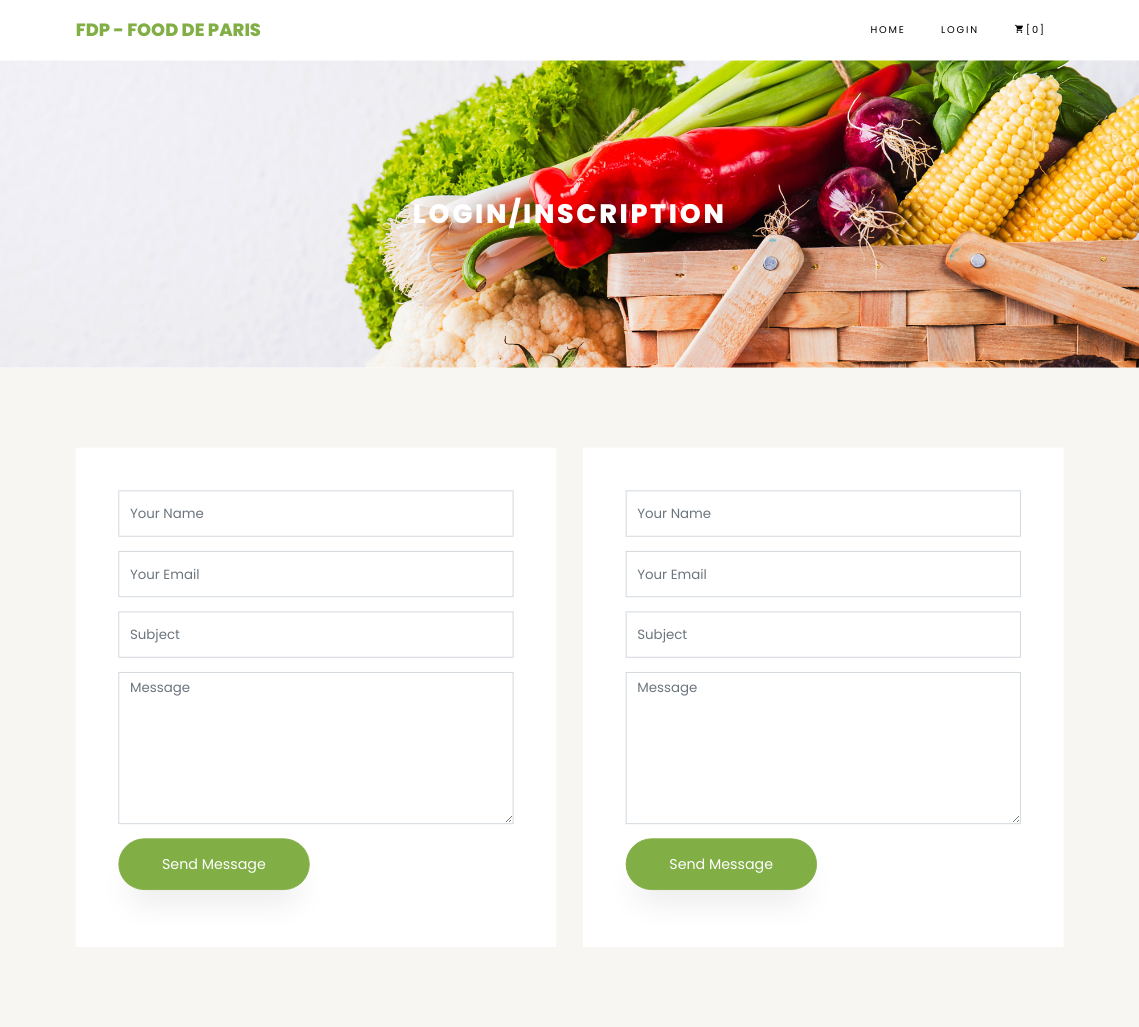
Repository: MacCampers/java-stuff
Page: workspaceJSP/projetRestaurant/WebContent/login.html
The author's editor kept a copy of each file at every save. The page is drawn from the files as they stood at one save, then again after the next save.
The browser window is 1280 px wide. The pictures show the whole page, at 89% of full size.
Some web fonts or font styles are not loaded; a fallback is used.

Above is the page before, as saved 2020-02-07 14:04:22.

### workspaceJSP/projetRestaurant/WebContent/login.html
<!DOCTYPE html>
<html lang="en">
<head>
<title>FDP - Food De Paris</title>
<meta charset="utf-8">
<meta name="viewport"
	content="width=device-width, initial-scale=1, shrink-to-fit=no">
<link
	href="https://fonts.googleapis.com/css?family=Poppins:200,300,400,500,600,700,800&display=swap"
	rel="stylesheet">
<link
	href="https://fonts.googleapis.com/css?family=Lora:400,400i,700,700i&display=swap"
	rel="stylesheet">
<link
	href="https://fonts.googleapis.com/css?family=Amatic+SC:400,700&display=swap"
	rel="stylesheet">
<link rel="stylesheet" href="css/open-iconic-bootstrap.min.css">
<link rel="stylesheet" href="css/animate.css">
<link rel="stylesheet" href="css/owl.carousel.min.css">
<link rel="stylesheet" href="css/owl.theme.default.min.css">
<link rel="stylesheet" href="css/magnific-popup.css">
<link rel="stylesheet" href="css/aos.css">
<link rel="stylesheet" href="css/ionicons.min.css">
<link rel="stylesheet" href="css/bootstrap-datepicker.css">
<link rel="stylesheet" href="css/jquery.timepicker.css">
<link rel="stylesheet" href="css/flaticon.css">
<link rel="stylesheet" href="css/icomoon.css">
<link rel="stylesheet" href="css/style.css">
</head>
<body class="goto-here">

	<nav
		class="navbar navbar-expand-lg navbar-dark ftco_navbar bg-dark ftco-navbar-light"
		id="ftco-navbar">
		<div class="container">
			<a class="navbar-brand" href="index.html">FDP - Food De Paris</a>
			<button class="navbar-toggler" type="button" data-toggle="collapse"
				data-target="#ftco-nav" aria-controls="ftco-nav"
				aria-expanded="false" aria-label="Toggle navigation">
				<span class="oi oi-menu"></span> Menu
			</button>

			<div class="collapse navbar-collapse" id="ftco-nav">
				<ul class="navbar-nav ml-auto">
					<li class="nav-item active"><a href="index.html"
						class="nav-link">Home</a></li>
					<li class="nav-item active"><a href="index.html"
						class="nav-link">Login</a></li>

					<li class="nav-item cta cta-colored"><a href="cart.html"
						class="nav-link"><span class="icon-shopping_cart"></span>[0]</a></li>

				</ul>
			</div>
		</div>
	</nav>
	<!-- END nav -->

	<div class="hero-wrap hero-bread"
		style="background-image: url('images/bg_1.jpg');">
		<div class="container">
			<div
				class="row no-gutters slider-text align-items-center justify-content-center">
				<div class="col-md-9 ftco-animate text-center">
					<h1 class="mb-0 bread">Login/Inscription</h1>
				</div>
			</div>
		</div>
	</div>

	<section class="ftco-section contact-section bg-light">
		<div class="container">


			<div class="row block-9">
				<div class="col-md-6 order-md-last d-flex">
					<form action="#" class="bg-white p-5 contact-form">
						<div class="form-group">
							<input type="text" class="form-control" placeholder="Your Name">
						</div>
						<div class="form-group">
							<input type="text" class="form-control" placeholder="Your Email">
						</div>
						<div class="form-group">
							<input type="text" class="form-control" placeholder="Subject">
						</div>
						<div class="form-group">
							<textarea name="" id="" cols="30" rows="7" class="form-control"
								placeholder="Message"></textarea>
						</div>
						<div class="form-group">
							<input type="submit" value="Send Message"
								class="btn btn-primary py-3 px-5">
						</div>
					</form>

				</div>

							<div class="col-md-6 order-md-last d-flex">
					<form action="#" class="bg-white p-5 contact-form">
						<div class="form-group">
							<input type="text" class="form-control" placeholder="Your Name">
						</div>
						<div class="form-group">
							<input type="text" class="form-control" placeholder="Your Email">
						</div>
						<div class="form-group">
							<input type="text" class="form-control" placeholder="Subject">
						</div>
						<div class="form-group">
							<textarea name="" id="" cols="30" rows="7" class="form-control"
								placeholder="Message"></textarea>
						</div>
						<div class="form-group">
							<input type="submit" value="Send Message"
								class="btn btn-primary py-3 px-5">
						</div>
					</form>

				</div>
			</div>
		</div>
	</section>


	<!-- loader -->
	<div id="ftco-loader" class="show fullscreen">
		<svg class="circular" width="48px" height="48px">
			<circle class="path-bg" cx="24" cy="24" r="22" fill="none"
				stroke-width="4" stroke="#eeeeee" />
			<circle class="path" cx="24" cy="24" r="22" fill="none"
				stroke-width="4" stroke-miterlimit="10" stroke="#F96D00" /></svg>
	</div>


	<script src="js/jquery.min.js"></script>
	<script src="js/jquery-migrate-3.0.1.min.js"></script>
	<script src="js/popper.min.js"></script>
	<script src="js/bootstrap.min.js"></script>
	<script src="js/jquery.easing.1.3.js"></script>
	<script src="js/jquery.waypoints.min.js"></script>
	<script src="js/jquery.stellar.min.js"></script>
	<script src="js/owl.carousel.min.js"></script>
	<script src="js/jquery.magnific-popup.min.js"></script>
	<script src="js/aos.js"></script>
	<script src="js/jquery.animateNumber.min.js"></script>
	<script src="js/bootstrap-datepicker.js"></script>
	<script src="js/scrollax.min.js"></script>
	<script src="js/main.js"></script>

</body>
</html>

### workspaceJSP/projetRestaurant/WebContent/js/main.js
 AOS.init({
 	duration: 800,
 	easing: 'slide'
 });

(function($) {

	"use strict";

	var isMobile = {
		Android: function() {
			return navigator.userAgent.match(/Android/i);
		},
			BlackBerry: function() {
			return navigator.userAgent.match(/BlackBerry/i);
		},
			iOS: function() {
			return navigator.userAgent.match(/iPhone|iPad|iPod/i);
		},
			Opera: function() {
			return navigator.userAgent.match(/Opera Mini/i);
		},
			Windows: function() {
			return navigator.userAgent.match(/IEMobile/i);
		},
			any: function() {
			return (isMobile.Android() || isMobile.BlackBerry() || isMobile.iOS() || isMobile.Opera() || isMobile.Windows());
		}
	};


	$(window).stellar({
    responsive: true,
    parallaxBackgrounds: true,
    parallaxElements: true,
    horizontalScrolling: false,
    hideDistantElements: false,
    scrollProperty: 'scroll'
  });


	var fullHeight = function() {

		$('.js-fullheight').css('height', $(window).height());
		$(window).resize(function(){
			$('.js-fullheight').css('height', $(window).height());
		});

	};
	fullHeight();

	// loader
	var loader = function() {
		setTimeout(function() {
			if($('#ftco-loader').length > 0) {
				$('#ftco-loader').removeClass('show');
			}
		}, 1);
	};
	loader();

	// Scrollax
   $.Scrollax();

	var carousel = function() {
		$('.home-slider').owlCarousel({
	    loop:true,
	    autoplay: true,
	    margin:0,
	    animateOut: 'fadeOut',
	    animateIn: 'fadeIn',
	    nav:false,
	    autoplayHoverPause: false,
	    items: 1,
	    navText : ["<span class='ion-md-arrow-back'></span>","<span class='ion-chevron-right'></span>"],
	    responsive:{
	      0:{
	        items:1
	      },
	      600:{
	        items:1
	      },
	      1000:{
	        items:1
	      }
	    }
		});

		$('.carousel-testimony').owlCarousel({
			center: true,
			loop: true,
			items:1,
			margin: 30,
			stagePadding: 0,
			nav: false,
			navText: ['<span class="ion-ios-arrow-back">', '<span class="ion-ios-arrow-forward">'],
			responsive:{
				0:{
					items: 1
				},
				600:{
					items: 3
				},
				1000:{
					items: 3
				}
			}
		});

	};
	carousel();

	$('nav .dropdown').hover(function(){
		var $this = $(this);
		// 	 timer;
		// clearTimeout(timer);
		$this.addClass('show');
		$this.find('> a').attr('aria-expanded', true);
		// $this.find('.dropdown-menu').addClass('animated-fast fadeInUp show');
		$this.find('.dropdown-menu').addClass('show');
	}, function(){
		var $this = $(this);
			// timer;
		// timer = setTimeout(function(){
			$this.removeClass('show');
			$this.find('> a').attr('aria-expanded', false);
			// $this.find('.dropdown-menu').removeClass('animated-fast fadeInUp show');
			$this.find('.dropdown-menu').removeClass('show');
		// }, 100);
	});


	$('#dropdown04').on('show.bs.dropdown', function () {
	  console.log('show');
	});

	// scroll
	var scrollWindow = function() {
		$(window).scroll(function(){
			var $w = $(this),
					st = $w.scrollTop(),
					navbar = $('.ftco_navbar'),
					sd = $('.js-scroll-wrap');

			if (st > 150) {
				if ( !navbar.hasClass('scrolled') ) {
					navbar.addClass('scrolled');
				}
			}
			if (st < 150) {
				if ( navbar.hasClass('scrolled') ) {
					navbar.removeClass('scrolled sleep');
				}
			}
			if ( st > 350 ) {
				if ( !navbar.hasClass('awake') ) {
					navbar.addClass('awake');
				}

				if(sd.length > 0) {
					sd.addClass('sleep');
				}
			}
			if ( st < 350 ) {
				if ( navbar.hasClass('awake') ) {
					navbar.removeClass('awake');
					navbar.addClass('sleep');
				}
				if(sd.length > 0) {
					sd.removeClass('sleep');
				}
			}
		});
	};
	scrollWindow();


	var counter = function() {

		$('#section-counter').waypoint( function( direction ) {

			if( direction === 'down' && !$(this.element).hasClass('ftco-animated') ) {

				var comma_separator_number_step = $.animateNumber.numberStepFactories.separator(',')
				$('.number').each(function(){
					var $this = $(this),
						num = $this.data('number');
						console.log(num);
					$this.animateNumber(
					  {
					    number: num,
					    numberStep: comma_separator_number_step
					  }, 7000
					);
				});

			}

		} , { offset: '95%' } );

	}
	counter();

	var contentWayPoint = function() {
		var i = 0;
		$('.ftco-animate').waypoint( function( direction ) {

			if( direction === 'down' && !$(this.element).hasClass('ftco-animated') ) {

				i++;

				$(this.element).addClass('item-animate');
				setTimeout(function(){

					$('body .ftco-animate.item-animate').each(function(k){
						var el = $(this);
						setTimeout( function () {
							var effect = el.data('animate-effect');
							if ( effect === 'fadeIn') {
								el.addClass('fadeIn ftco-animated');
							} else if ( effect === 'fadeInLeft') {
								el.addClass('fadeInLeft ftco-animated');
							} else if ( effect === 'fadeInRight') {
								el.addClass('fadeInRight ftco-animated');
							} else {
								el.addClass('fadeInUp ftco-animated');
							}
							el.removeClass('item-animate');
						},  k * 50, 'easeInOutExpo' );
					});

				}, 100);

			}

		} , { offset: '95%' } );
	};
	contentWayPoint();


	// navigation
	var OnePageNav = function() {
		$(".smoothscroll[href^='#'], #ftco-nav ul li a[href^='#']").on('click', function(e) {
		 	e.preventDefault();

		 	var hash = this.hash,
		 			navToggler = $('.navbar-toggler');
		 	$('html, body').animate({
		    scrollTop: $(hash).offset().top
		  }, 700, 'easeInOutExpo', function(){
		    window.location.hash = hash;
		  });


		  if ( navToggler.is(':visible') ) {
		  	navToggler.click();
		  }
		});
		$('body').on('activate.bs.scrollspy', function () {
		  console.log('nice');
		})
	};
	OnePageNav();


	// magnific popup
	$('.image-popup').magnificPopup({
    type: 'image',
    closeOnContentClick: true,
    closeBtnInside: false,
    fixedContentPos: true,
    mainClass: 'mfp-no-margins mfp-with-zoom', // class to remove default margin from left and right side
     gallery: {
      enabled: true,
      navigateByImgClick: true,
      preload: [0,1] // Will preload 0 - before current, and 1 after the current image
    },
    image: {
      verticalFit: true
    },
    zoom: {
      enabled: true,
      duration: 300 // don't foget to change the duration also in CSS
    }
  });

  $('.popup-youtube, .popup-vimeo, .popup-gmaps').magnificPopup({
    disableOn: 700,
    type: 'iframe',
    mainClass: 'mfp-fade',
    removalDelay: 160,
    preloader: false,

    fixedContentPos: false
  });



	var goHere = function() {

		$('.mouse-icon').on('click', function(event){

			event.preventDefault();

			$('html,body').animate({
				scrollTop: $('.goto-here').offset().top
			}, 500, 'easeInOutExpo');

			return false;
		});
	};
	goHere();


	function makeTimer() {

		var endTime = new Date("21 December 2019 9:56:00 GMT+01:00");
		endTime = (Date.parse(endTime) / 1000);

		var now = new Date();
		now = (Date.parse(now) / 1000);

		var timeLeft = endTime - now;

		var days = Math.floor(timeLeft / 86400);
		var hours = Math.floor((timeLeft - (days * 86400)) / 3600);
		var minutes = Math.floor((timeLeft - (days * 86400) - (hours * 3600 )) / 60);
		var seconds = Math.floor((timeLeft - (days * 86400) - (hours * 3600) - (minutes * 60)));

		if (hours < "10") { hours = "0" + hours; }
		if (minutes < "10") { minutes = "0" + minutes; }
		if (seconds < "10") { seconds = "0" + seconds; }

		$("#days").html(days + "<span>Days</span>");
		$("#hours").html(hours + "<span>Hours</span>");
		$("#minutes").html(minutes + "<span>Minutes</span>");
		$("#seconds").html(seconds + "<span>Seconds</span>");

}

setInterval(function() { makeTimer(); }, 1000);



})(jQuery);

Loaded but not shown: workspaceJSP/projetRestaurant/WebContent/css/open-iconic-bootstrap.min.css (library); workspaceJSP/projetRestaurant/WebContent/css/animate.css (library); workspaceJSP/projetRestaurant/WebContent/css/owl.carousel.min.css (library); workspaceJSP/projetRestaurant/WebContent/css/owl.theme.default.min.css (common file); workspaceJSP/projetRestaurant/WebContent/css/magnific-popup.css (library); workspaceJSP/projetRestaurant/WebContent/css/aos.css (library); workspaceJSP/projetRestaurant/WebContent/css/ionicons.min.css (library); workspaceJSP/projetRestaurant/WebContent/css/bootstrap-datepicker.css (library); workspaceJSP/projetRestaurant/WebContent/css/jquery.timepicker.css (common file); workspaceJSP/projetRestaurant/WebContent/css/flaticon.css (common file); workspaceJSP/projetRestaurant/WebContent/css/icomoon.css (common file); workspaceJSP/projetRestaurant/WebContent/css/style.css (library); workspaceJSP/projetRestaurant/WebContent/js/jquery.min.js (library); workspaceJSP/projetRestaurant/WebContent/js/jquery-migrate-3.0.1.min.js (library); workspaceJSP/projetRestaurant/WebContent/js/popper.min.js (library); workspaceJSP/projetRestaurant/WebContent/js/bootstrap.min.js (library); workspaceJSP/projetRestaurant/WebContent/js/jquery.easing.1.3.js (library); workspaceJSP/projetRestaurant/WebContent/js/jquery.waypoints.min.js (library); workspaceJSP/projetRestaurant/WebContent/js/jquery.stellar.min.js (library); workspaceJSP/projetRestaurant/WebContent/js/owl.carousel.min.js (library); workspaceJSP/projetRestaurant/WebContent/js/jquery.magnific-popup.min.js (library); workspaceJSP/projetRestaurant/WebContent/js/aos.js (library); workspaceJSP/projetRestaurant/WebContent/js/jquery.animateNumber.min.js (common file); workspaceJSP/projetRestaurant/WebContent/js/bootstrap-datepicker.js (library); workspaceJSP/projetRestaurant/WebContent/js/scrollax.min.js (library)

After the next save:
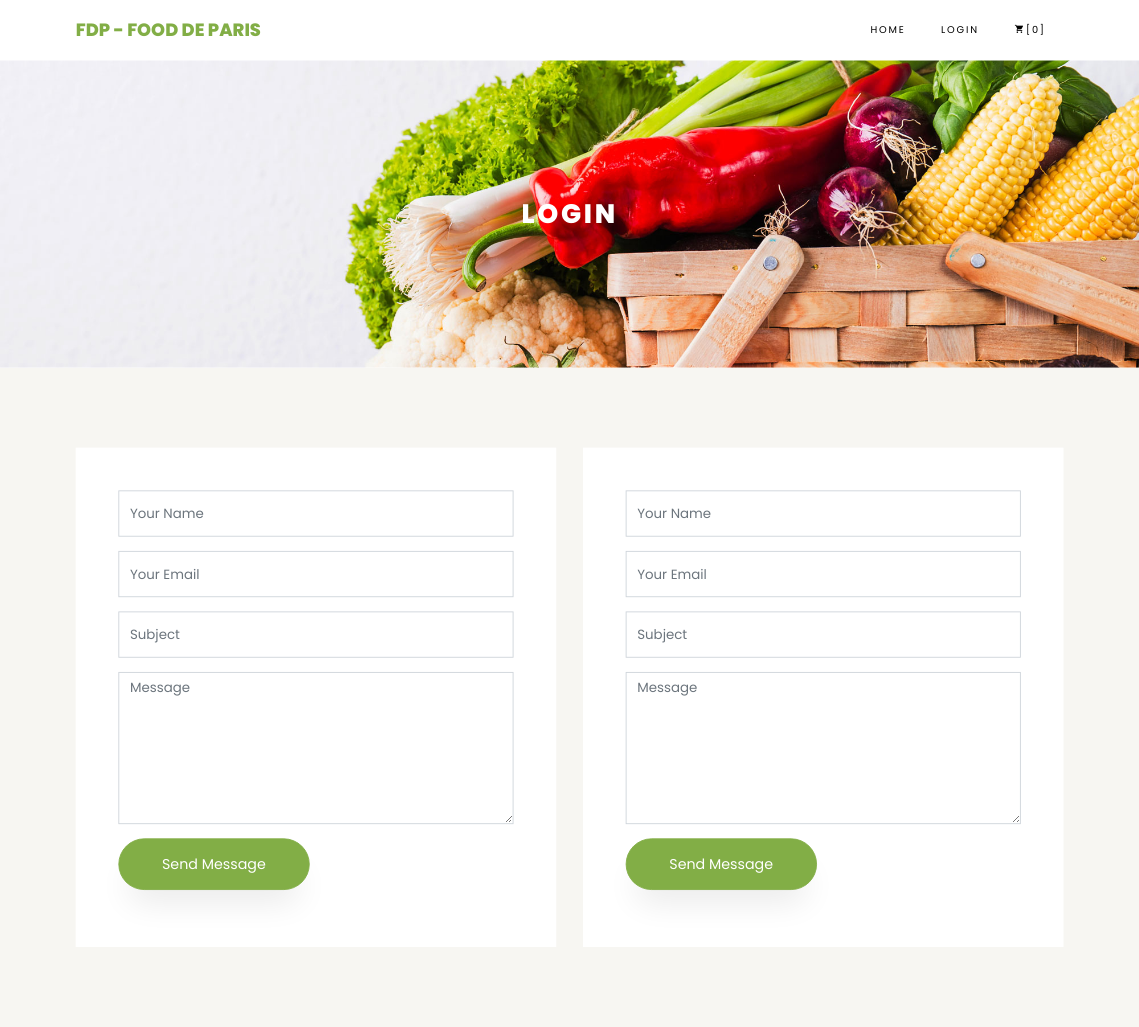
Saved 4 min 57 s later.
--- a/workspaceJSP/projetRestaurant/WebContent/login.html
+++ b/workspaceJSP/projetRestaurant/WebContent/login.html
@@ -62,7 +62,7 @@
 			<div
 				class="row no-gutters slider-text align-items-center justify-content-center">
 				<div class="col-md-9 ftco-animate text-center">
-					<h1 class="mb-0 bread">Login/Inscription</h1>
+					<h1 class="mb-0 bread">Login</h1>
 				</div>
 			</div>
 		</div>
